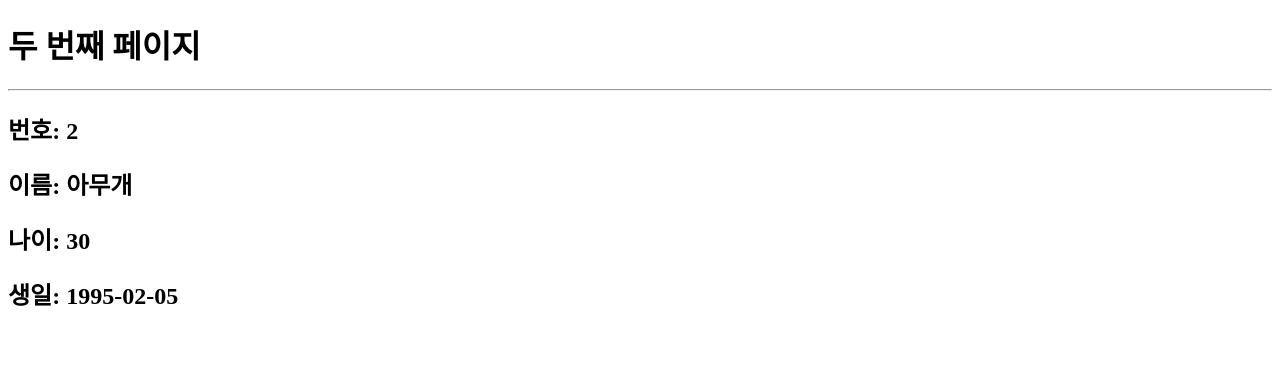
Repository: Taein142/STS3
Page: http://localhost/jsp01/mavCase
An editor plug-in stored every save of this project. The page is shown before and after the next save, followed by the edit.
The browser window is 1280 px wide. The pictures show the whole page.
The page is served by Tomcat 9. Other server files are loaded and not shown.

Above is the page before, as saved 2024-02-02 04:36:51.

### jsp01/src/main/webapp/WEB-INF/views/modelAndView.jsp
<%@ page language="java" contentType="text/html; charset=UTF-8"
    pageEncoding="UTF-8"%>
<!DOCTYPE html>
<html>
<head>
<meta charset="UTF-8">
<title>Insert title here</title>
</head>
<body>
	<h1>${sec_data}</h1>
	<hr>
	<h2>번호: ${person2.code}</h2>
	<h2>이름: ${person2.strData}</h2>
	<h2>나이: ${person2.numData}</h2>
	<h2>생일: ${person2.dataData}</h2>
</body>
</html>

### jsp01/src/main/java/com/icia/jsp01/dto/DataDTO.java
package com.icia.jsp01.dto;

import lombok.Getter;
import lombok.Setter;
import lombok.ToString;

@Getter
@Setter
@ToString
public class DataDTO {
	private int code; // 데이터 번호
	private String strData;
	private int numData;
	private String dataData;

}

After the next save:
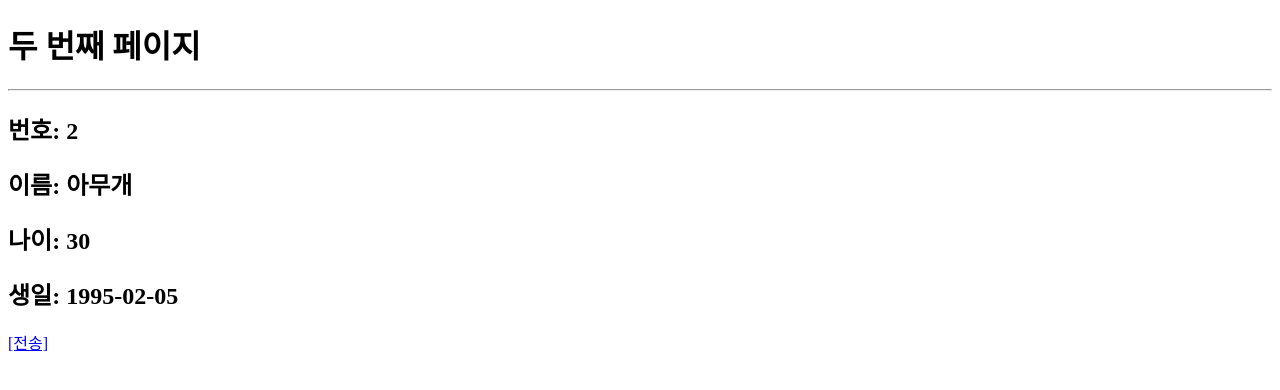
Saved 11 min 26 s later.
--- a/jsp01/src/main/webapp/WEB-INF/views/modelAndView.jsp
+++ b/jsp01/src/main/webapp/WEB-INF/views/modelAndView.jsp
@@ -13,5 +13,8 @@
 	<h2>이름: ${person2.strData}</h2>
 	<h2>나이: ${person2.numData}</h2>
 	<h2>생일: ${person2.dataData}</h2>
+
+	<a href="send?id=user&num1=1234">[전송]</a>
+
 </body>
 </html>
